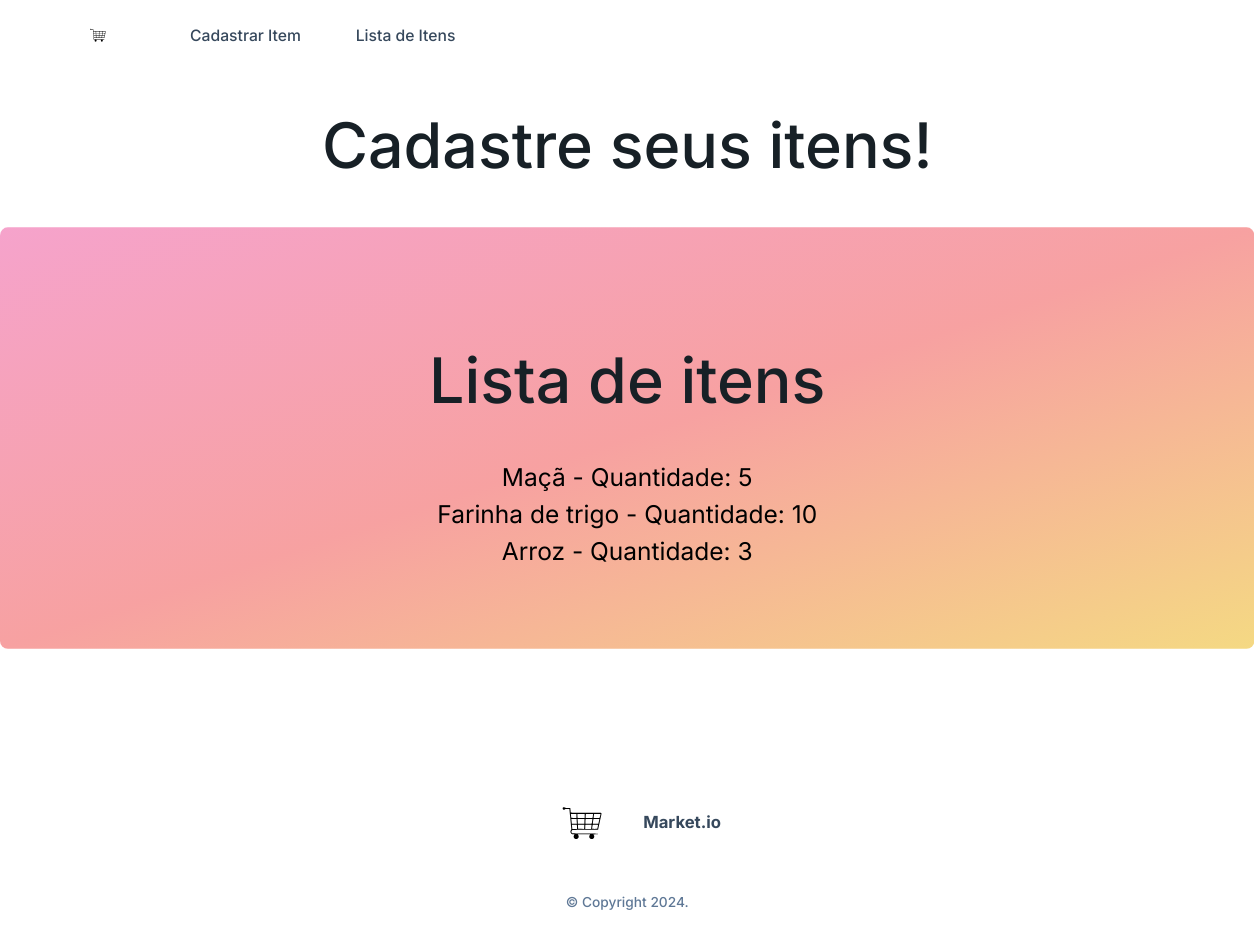
Repository: saraalves09/Avaliacao-01
Page: /list
The author's editor kept a copy of each file at every save. The page is drawn from the files as they stood at one save, then again after the next save.
The browser window is 1280 px wide. The pictures show the whole page, at 98% of full size.
The project was rebuilt for these pictures with package versions that can differ from the ones it lists, and the page was loaded fresh each time. The framework's server and built-in components were replaced by stand-ins that run in the browser. Also part of the build but not shown: next.config.mjs.

Above is the page before, as saved 2024-04-23 22:12:51.

After the next save:
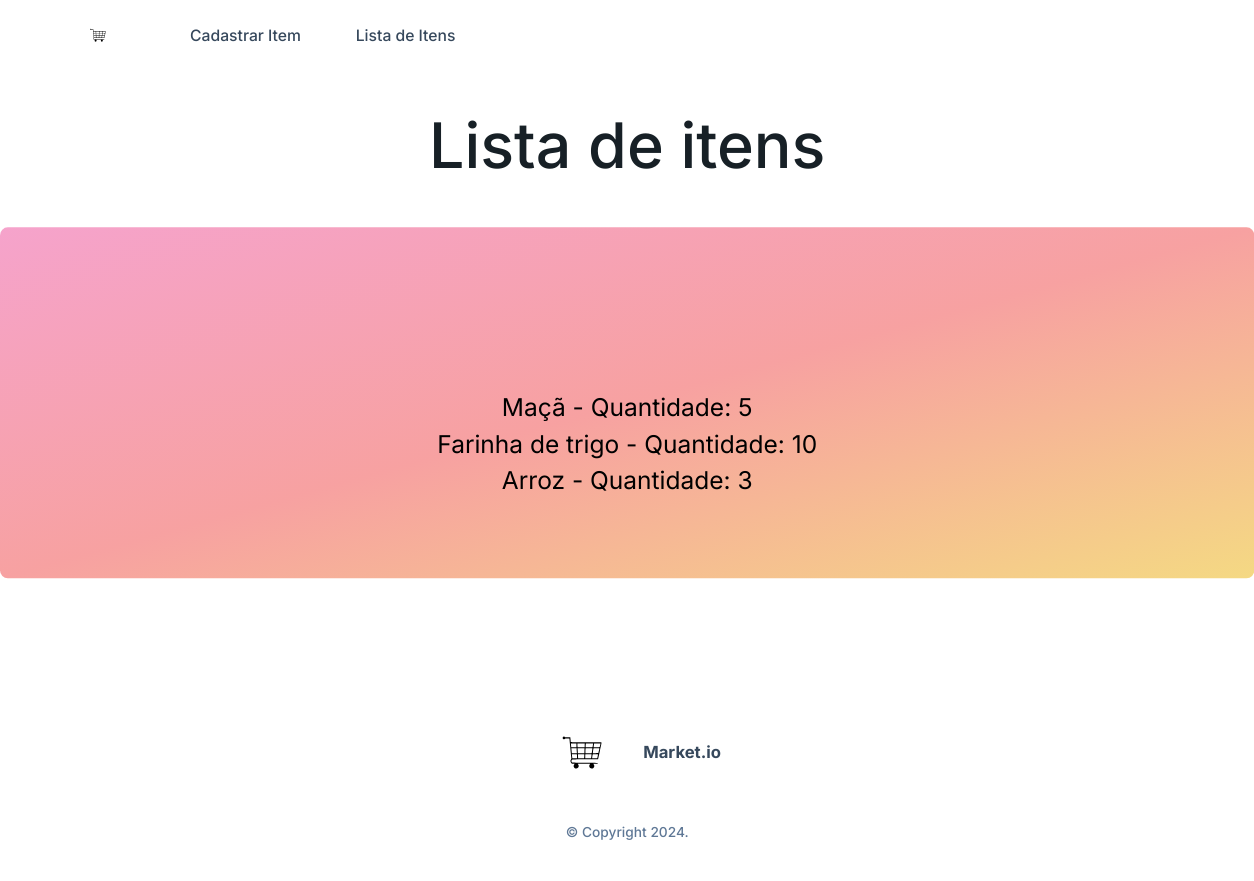
Saved 12 s later.
--- a/app/components/List.tsx
+++ b/app/components/List.tsx
@@ -2,16 +2,13 @@ export function List() {
   return (
     <div className="pt-4 lg:pt-10">
     <div className="px-[20px] lg:px-[50px]">
-      <h1 className="text-center text-[32px] leading-[40px] font-medium text-[#172026] lg:text-[64px] lg:leading-[72px]">
-        Cadastre seus itens!
-      </h1>
+    <h1 className="text-center text-[32px] leading-[40px] font-medium text-[#172026] lg:text-[64px] lg:leading-[72px]">
+          Lista de itens
+        </h1>
     </div>
     <div className="w-full rounded-lg bg-gradient-to-br from-pink-500/50 via-red-500/50 to-yellow-500/50 py-8 px-4 text-center lg:my-12 lg:px-10 lg:py-20">
     <div className="pt-4 lg:pt-10">
       <div className="px-[20px] lg:px-[50px]">
-        <h1 className="text-center text-[32px] leading-[40px] font-medium text-[#172026] lg:text-[64px] lg:leading-[72px]">
-          Lista de itens
-        </h1>
       </div>
       <div className="flex justify-center text-center text-[25px]">
       <ul style={{ marginTop: '45px' }}>
